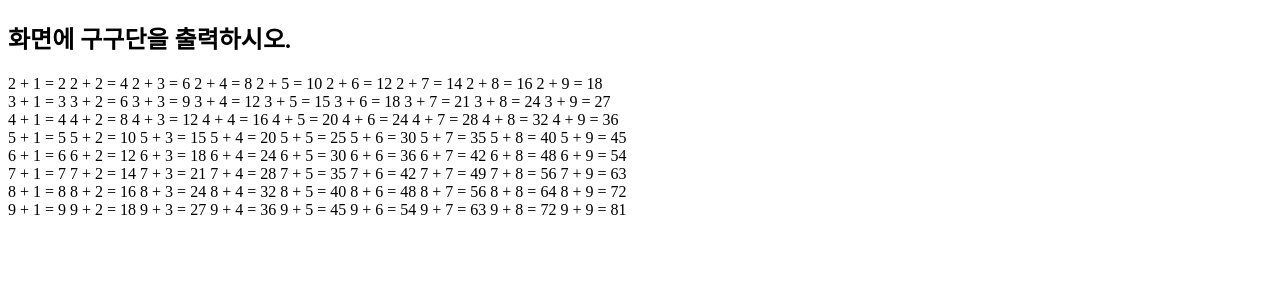
Repository: kdw1437/CreateBoardProject
Page: http://localhost/JSP2/Gugudan.jsp
These files come from the project's save history. The page is drawn as it stood at one moment and after the next save; the edit follows.
The browser window is 1280 px wide. The pictures show the whole page.
The page is served by Tomcat 9.

Above is the page before, as saved 2024-08-05 07:43:26.

After the next save:
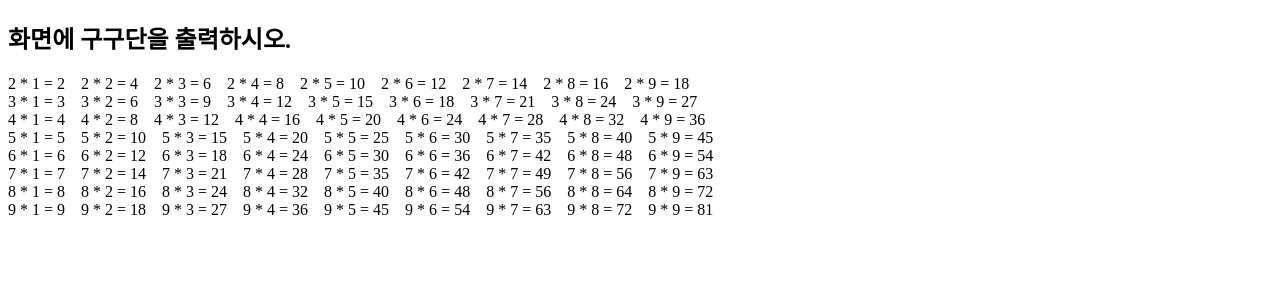
Saved 32 s later.
--- a/JSP2/src/main/webapp/Gugudan.jsp
+++ b/JSP2/src/main/webapp/Gugudan.jsp
@@ -14,7 +14,7 @@
 	for (int i = 2; i < 10 ; i++) {
 		for (int j = 1; j < 10; j++) {
 %>
-		<%=i  %> + <%=j %> = <%=i*j %>
+		<%=i  %> * <%=j %> = <%=i*j %> &nbsp;&nbsp;
 <%
 		}
 %>
